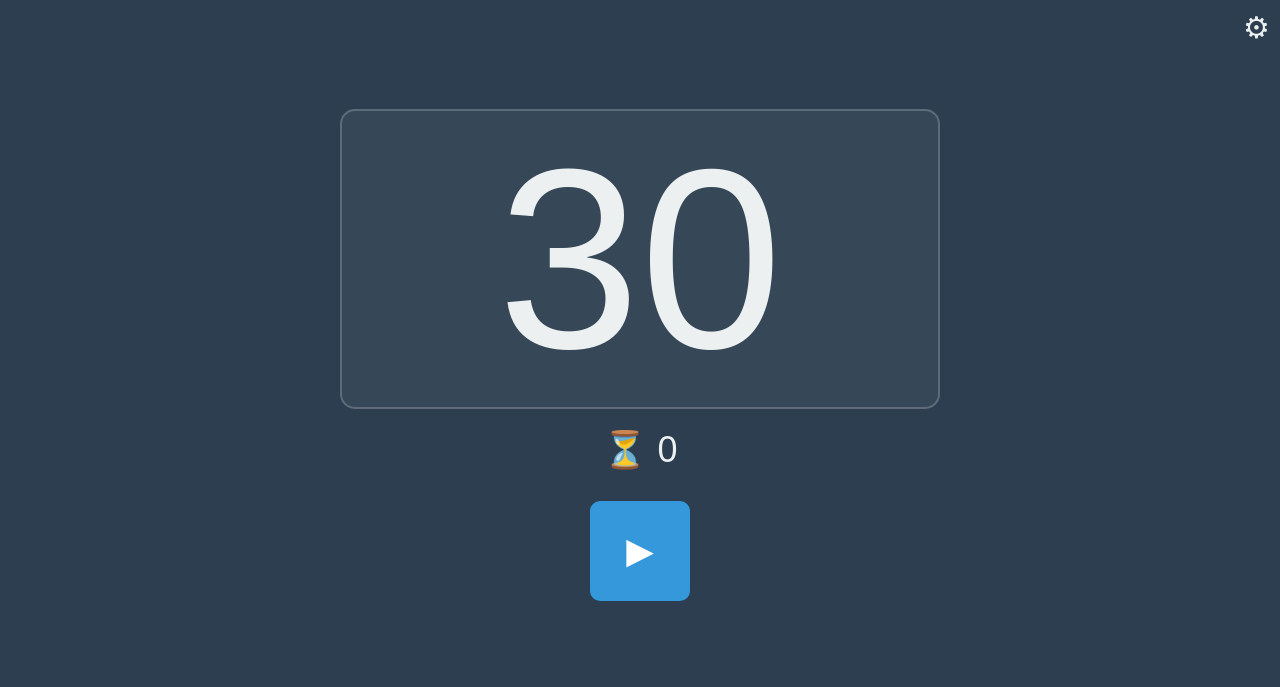
Repository: STnaidoo/poker-shot-clock
Page: index.html
These files come from the project's save history. The page is drawn as it stood at one moment and after the next save; the edit follows.
The browser window is 1280 px wide. The pictures show the whole page.

Above is the page before, as saved 2024-10-31 17:10:45.

After the next save:
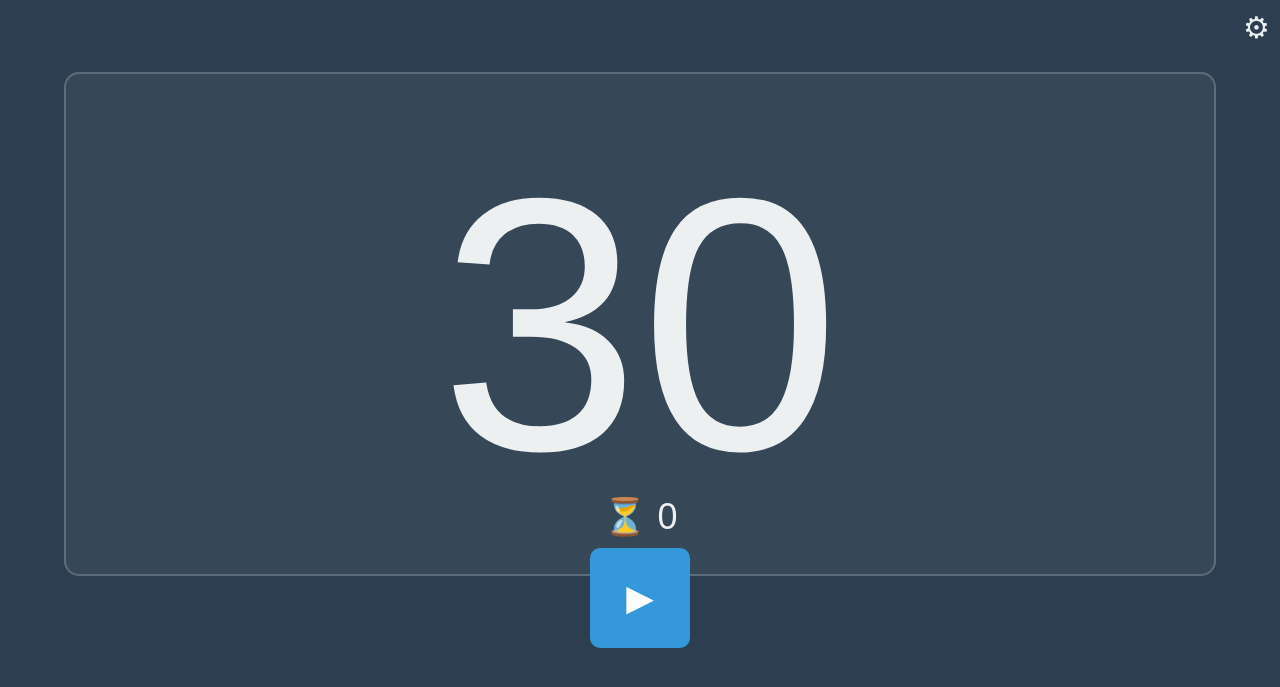
Saved 6 min 31 s later.
--- a/index.html
+++ b/index.html
@@ -6,10 +6,6 @@
         body {
             position: relative;
             font-family: Arial, sans-serif;
-            display: flex;
-            flex-direction: column;
-            justify-content: center;
-            align-items: center;
             background-color: #2c3e50;
             color: #ecf0f1;
             margin: 0;
@@ -17,6 +13,7 @@
             transition: background-color 0.5s;
             text-align: center;
             height: 100vh;
+            overflow: hidden; /* Prevent scrolling */
         }
 
         #settingsIcon {
@@ -25,23 +22,34 @@
             right: 10px;
             font-size: 30px;
             cursor: pointer;
+            z-index: 1;
+        }
+
+        #mainContent {
+            position: absolute;
+            top: 10%;
+            bottom: 20%;
+            left: 0;
+            right: 0;
+            display: flex;
+            justify-content: center;
+            align-items: center;
         }
 
         #timerContainer {
             position: relative;
             cursor: pointer;
             user-select: none;
-            padding: 20px;
+            padding: 0;
             border-radius: 15px;
             border: 2px solid rgba(255, 255, 255, 0.2);
             background-color: rgba(255, 255, 255, 0.05);
             transition: border-color 0.3s, background-color 0.3s;
-            display: flex;
-            align-items: center;
-            justify-content: center;
-            width: 50%;
-            max-width: 600px;
-            min-width: 300px;
+            width: 90%;
+            height: 100%;
+            display: flex;
+            align-items: center;
+            justify-content: center;
             box-sizing: border-box;
         }
 
@@ -51,7 +59,7 @@
         }
 
         #timer {
-            font-size: 20vw;
+            font-size: 50vh; /* Adjusted font size */
             line-height: 1;
             margin: 0;
             color: #ecf0f1;
@@ -67,9 +75,20 @@
             color: #f1c40f;
         }
 
+        #bottomContent {
+            position: absolute;
+            bottom: 10%;
+            left: 0;
+            right: 0;
+            display: flex;
+            flex-direction: column;
+            align-items: center;
+            justify-content: center;
+        }
+
         #timeBanks {
             font-size: 5vh;
-            margin-top: 20px;
+            margin-bottom: 10px;
             display: flex;
             align-items: center;
             justify-content: center;
@@ -81,7 +100,6 @@
         }
 
         #buttons {
-            margin-top: 20px;
             display: flex;
             justify-content: center;
         }
@@ -90,7 +108,7 @@
             font-size: 5vh;
             width: 100px;
             height: 100px;
-            margin: 10px;
+            margin: 0;
             background-color: #3498db;
             border: none;
             color: #fff;
@@ -105,21 +123,24 @@
             background-color: #2980b9;
         }
 
-        /* Added media query for tablets and phones */
+        /* Responsive adjustments for smaller screens */
         @media (max-width: 768px) {
             #timer {
-                font-size: 40vw;
-            }
-
-            #timerContainer {
-                width: 100%;
-                height: 70vh; /* Ensure timer container takes up at least 70% of viewport height */
-                max-width: none; /* Remove max-width */
-                min-width: none; /* Remove min-width */
-            }
-
-            #buttons, #timeBanks {
-                margin-top: 10px;
+                font-size: 35vh;
+            }
+
+            #timeBanks {
+                font-size: 4vh;
+            }
+
+            #timeBanksIcon {
+                font-size: 4vh;
+            }
+
+            .button {
+                width: 80px;
+                height: 80px;
+                font-size: 4vh;
             }
         }
     </style>
@@ -128,17 +149,21 @@
 
     <div id="settingsIcon">⚙</div>
 
-    <div id="timerContainer">
-        <div id="timer">30</div>
+    <div id="mainContent">
+        <div id="timerContainer">
+            <div id="timer">30</div>
+        </div>
     </div>
 
-    <div id="timeBanks">
-        <div id="timeBanksIcon">⏳</div>
-        <div id="timeBanksText">0</div>
-    </div>
-
-    <div id="buttons">
-        <button id="toggleButton" class="button">▶</button>
+    <div id="bottomContent">
+        <div id="timeBanks">
+            <div id="timeBanksIcon">⏳</div>
+            <div id="timeBanksText">0</div>
+        </div>
+
+        <div id="buttons">
+            <button id="toggleButton" class="button">▶</button>
+        </div>
     </div>
 
     <script>
